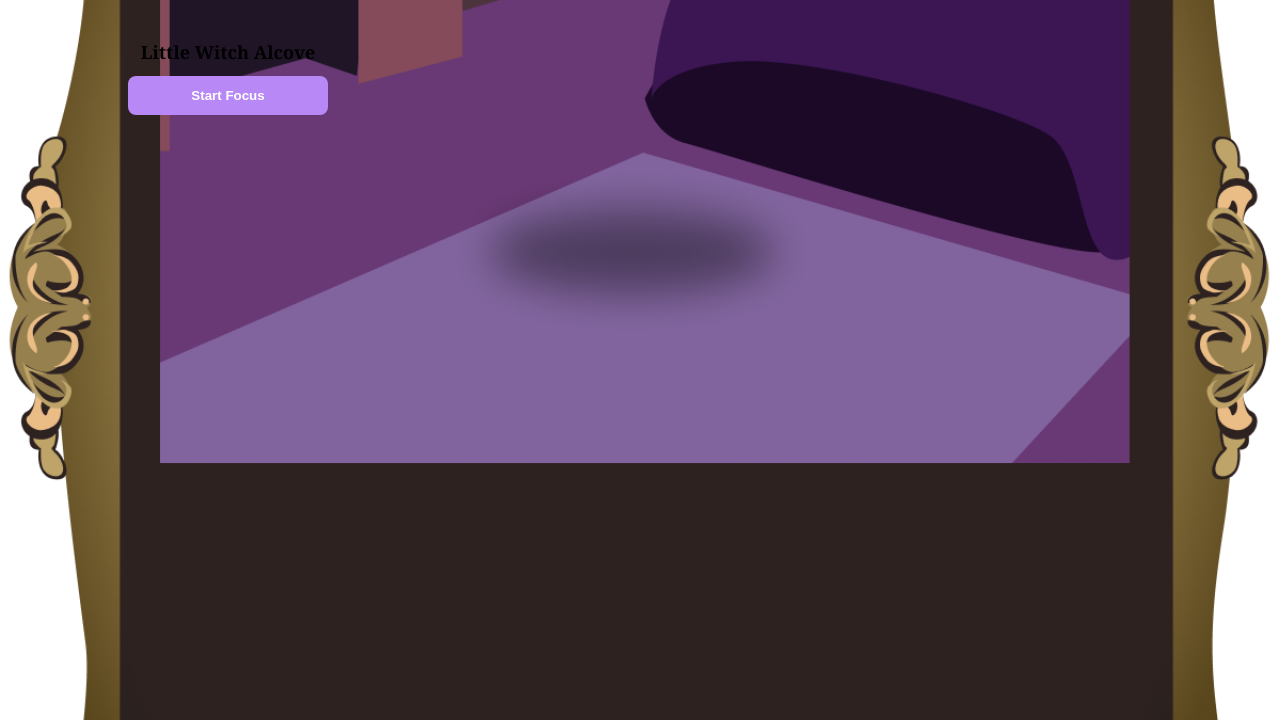
Repository: zhangolivia7/Little-Witch-Alcove
Page: popup.html
An editor plug-in stored every save of this project. The page is shown before and after the next save, followed by the edit.
The browser window is 1280 px wide. The pictures show the whole page.

Above is the page before, as saved 2025-11-15 15:35:20.

After the next save:
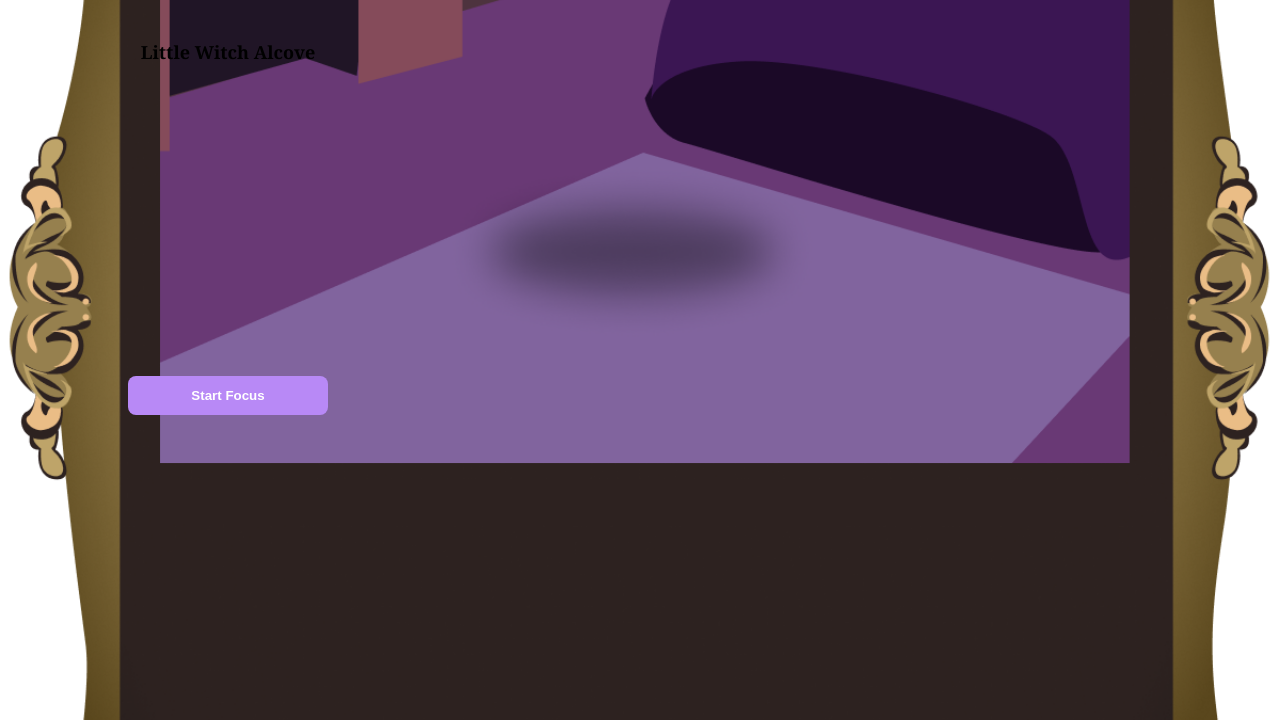
Saved 76 s later.
--- a/popup.css
+++ b/popup.css
@@ -15,6 +15,7 @@ body {
   #focus-btn {
     width: 50%;
     margin-left: 25%;
+    margin-top: 300px;
     padding: 12px;
     border-radius: 8px;
     background: #b889f6;
